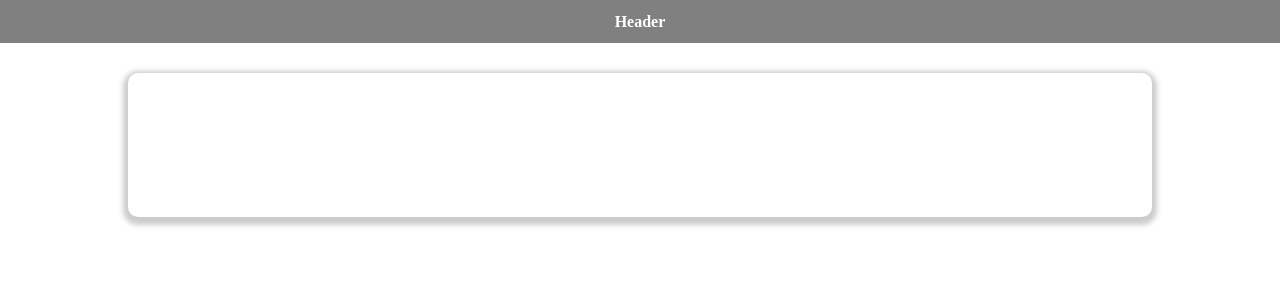
Repository: mateus-henrique-silva/react-system
Page: /
The author's editor kept a copy of each file at every save. The page is drawn from the files as they stood at one save, then again after the next save.
The browser window is 1280 px wide. The pictures show the whole page.
The project was rebuilt for these pictures with package versions that can differ from the ones it lists, and the page was loaded fresh each time.

Above is the page before, as saved 2022-09-23 15:30:43.

### src/App.js
import Header from './Components/Header/Header'
import Box from './Components/Box/Box'
import './global.css'

function App() {
  return (
    <div className="App">
      <Header/>
      <Box/>
    </div>
  );
}

export default App;

### src/Components/Header/Header.jsx
import React from 'react'
import './Styles.css'

const Header = () => {
  return (
    <div className="header">Header</div>
  )
}

export default Header

### src/Components/Box/Box.jsx
import React from "react";
import "./Styles.css";
const Box = () => {
  return (
    <div className="box-prime">
      <div className="box"></div>
    </div>
  );
};

export default Box;

### src/global.css
*{
    margin:0;
    border:0;
}

.App{


}

### src/Components/Header/Styles.css
.header{
    justify-content: center;
   display: flex;
   background-color:#808080;
   height:6vh;
   align-items: center;
   color: white;
   font-weight: bold;
}

### src/Components/Box/Styles.css
.box {
  width: 80vw;
  height: 20vh;

  border-radius: 10px;
  -webkit-box-shadow: 0px 1px 5x 5px rgba(0, 0, 0, 0.2);
  box-shadow: 0px 3px 5px 5px rgba(0, 0, 0, 0.2);
}

.box-prime {
  display: flex;
  justify-content: center;
  margin: 30px;
}

Loaded but not shown: public/index.html (common file); src/index.js (common file); src/reportWebVitals.js (common file)

After the next save:
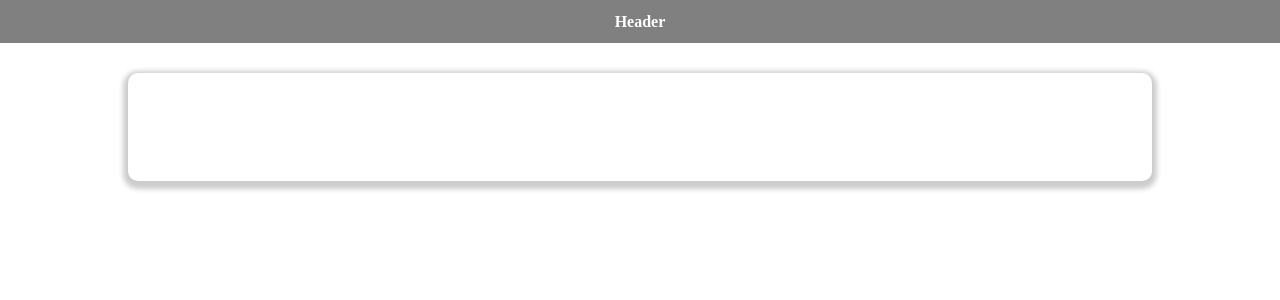
Saved 6 s later.
--- a/src/Components/Box/Styles.css
+++ b/src/Components/Box/Styles.css
@@ -1,6 +1,6 @@
 .box {
   width: 80vw;
-  height: 20vh;
+  height: 15vh;
 
   border-radius: 10px;
   -webkit-box-shadow: 0px 1px 5x 5px rgba(0, 0, 0, 0.2);
